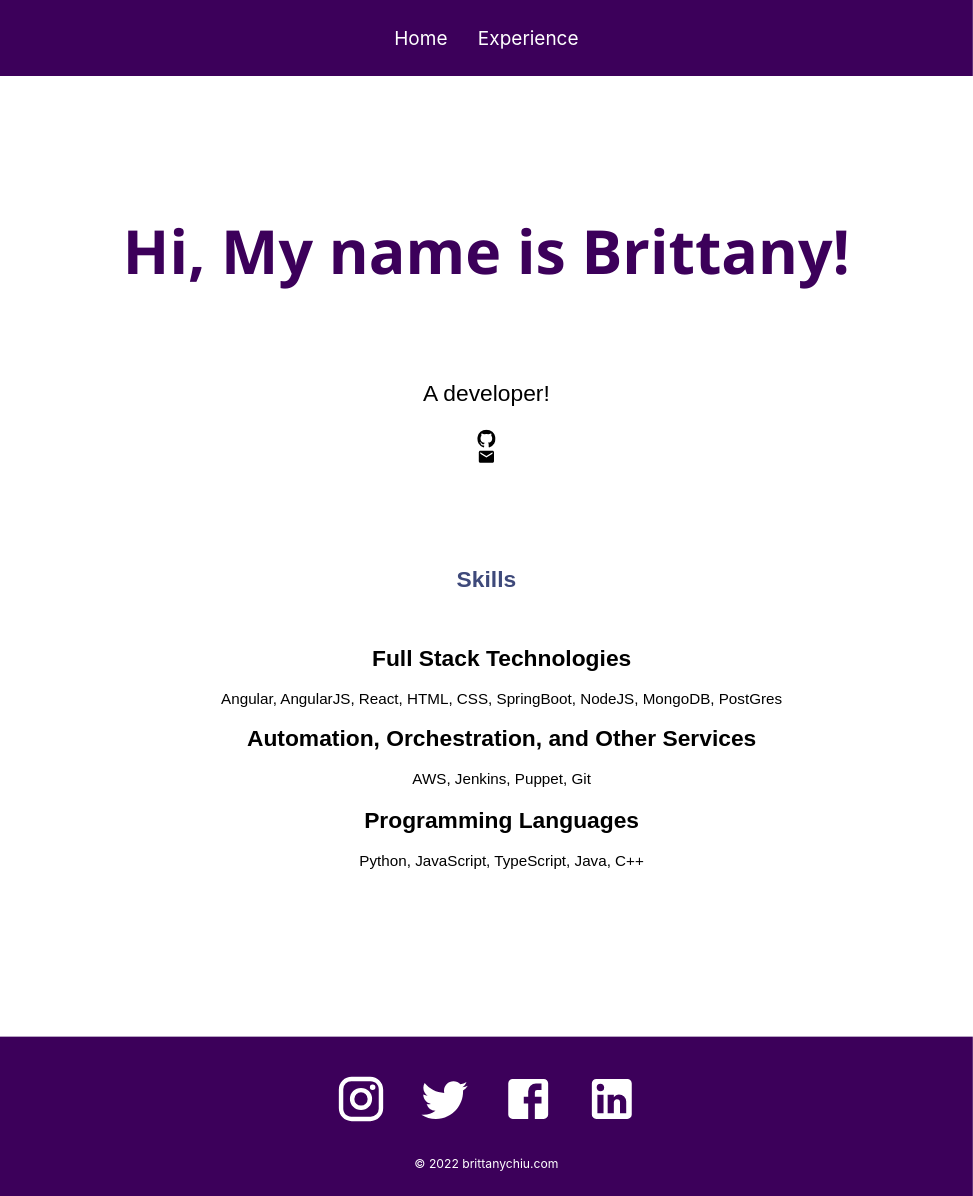
Repository: chiubacca94/chiufolio
Page: /
An editor plug-in stored every save of this project. The page is shown before and after the next save, followed by the edit.
The browser window is 1280 px wide. The pictures show the whole page, at 76% of full size.
The project was rebuilt for these pictures with package versions that can differ from the ones it lists, and the page was loaded fresh each time. Also part of the build but not shown: src/components/Projects/Projects.js, src/components/Experiences/Experiences.js.

Above is the page before, as saved 2022-07-04 12:38:50.

After the next save:
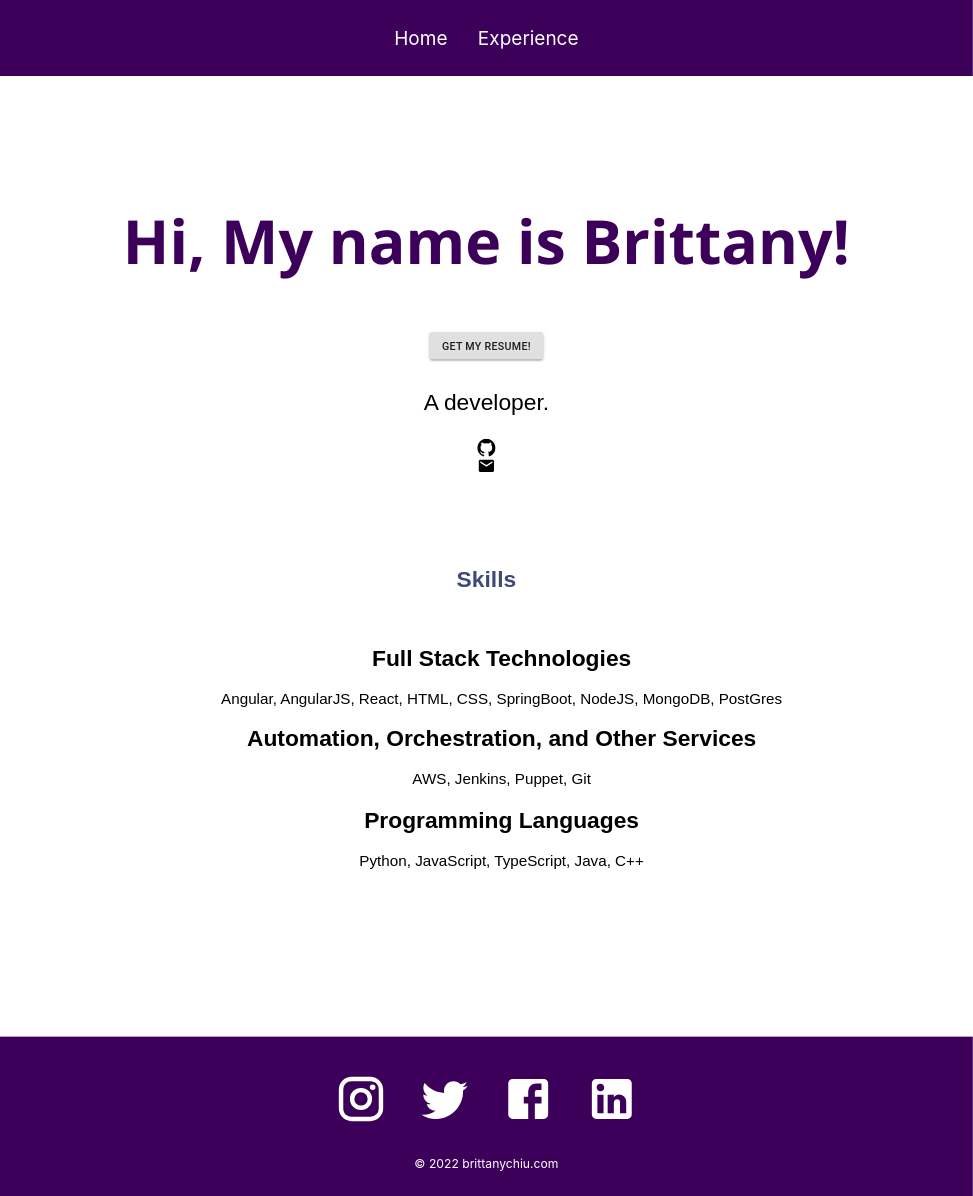
Saved 30 s later.
--- a/src/components/Home/Home.js
+++ b/src/components/Home/Home.js
@@ -9,8 +9,8 @@ export default function Home() {
     <div className='home'>
         <div className='about'>
             <h2>Hi, My name is Brittany!</h2>
-            <Button></Button>
-            <div className='prompt'><p> A developer!</p></div>
+            <Button variant='contained'>Get my Resume!</Button>
+            <div className='prompt'><p> A developer.</p></div>
             <GitHubIcon />
             <EmailIcon />
         </div>
